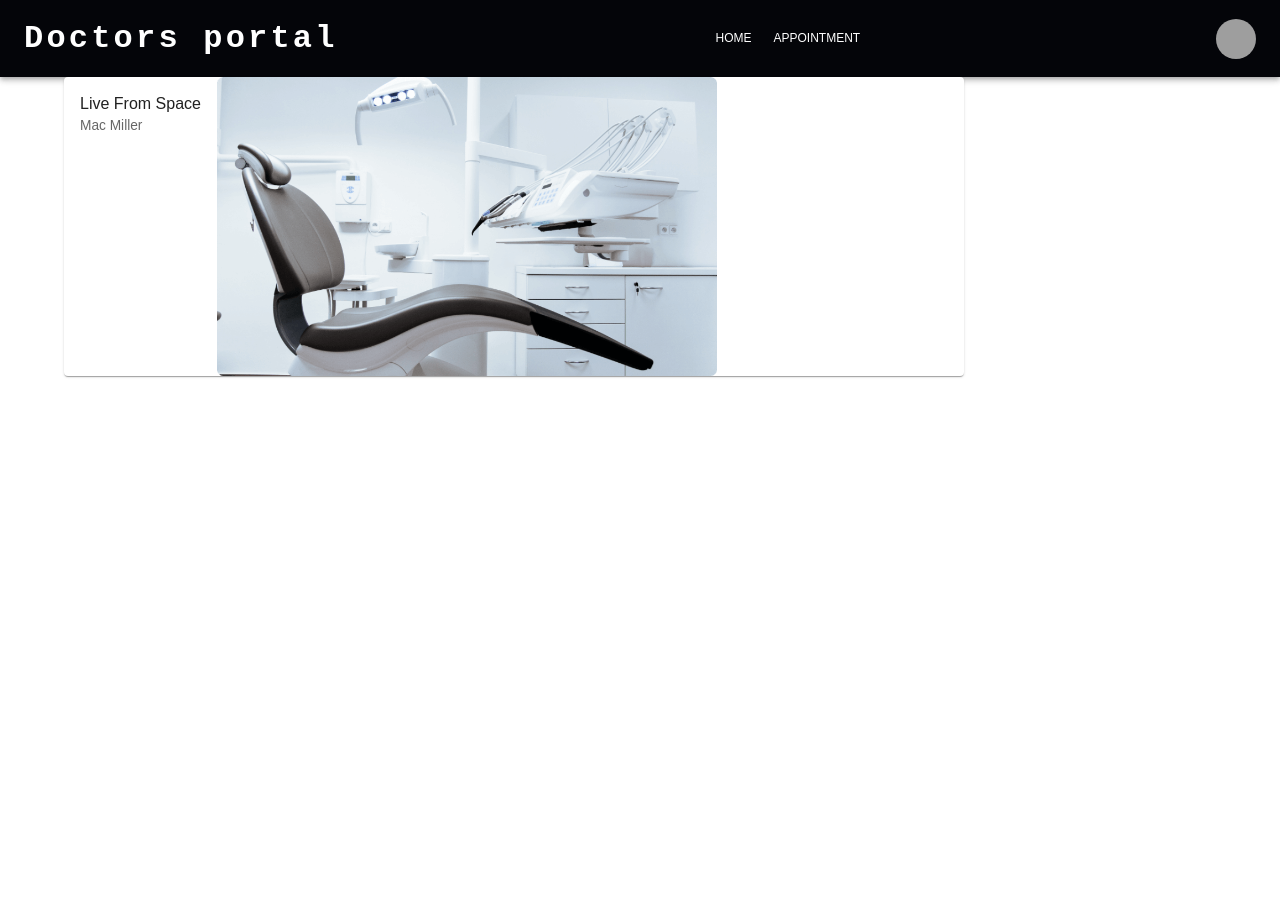
Repository: mdrubel02/health-care
Page: /
An editor plug-in stored every save of this project. The page is shown before and after the next save, followed by the edit.
The browser window is 1280 px wide. The pictures show the whole page.
Pictures or frames that could not be fetched are drawn as grey boxes. The project was rebuilt for these pictures with package versions that can differ from the ones it lists, and the page was loaded fresh each time. Also part of the build but not shown: src/Pages/Appointment/Appointment.js.

Above is the page before, as saved 2022-11-14 16:03:01.

After the next save:
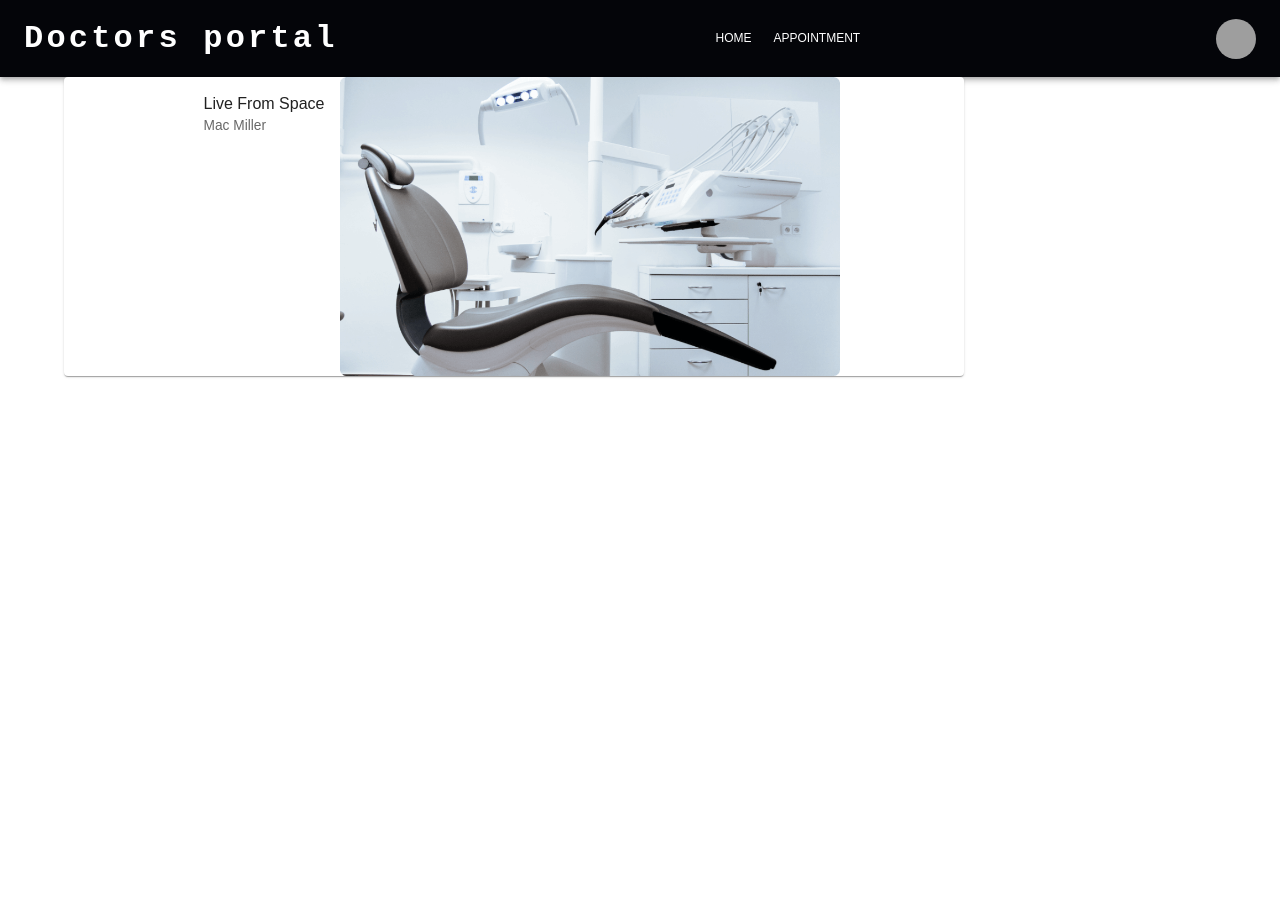
Saved 43 s later.
--- a/src/Pages/Home/Banner/Banner.js
+++ b/src/Pages/Home/Banner/Banner.js
@@ -5,7 +5,7 @@ import chair from '../../../assets/images/chair.png'
 const Banner = () => {
     return (
         <Box sx={{height: '840px' , }}>
-            <Card sx={{ display: 'flex' , width: '900px' }}>
+            <Card sx={{ display: 'flex', justifyContent: 'center' , width: '900px' }}>
                 <Box sx={{ display: 'flex', flexDirection: 'column' }}>
                     <CardContent sx={{ flex: '1 0 auto' }}>
                         <Typography component="div" variant="h5">
